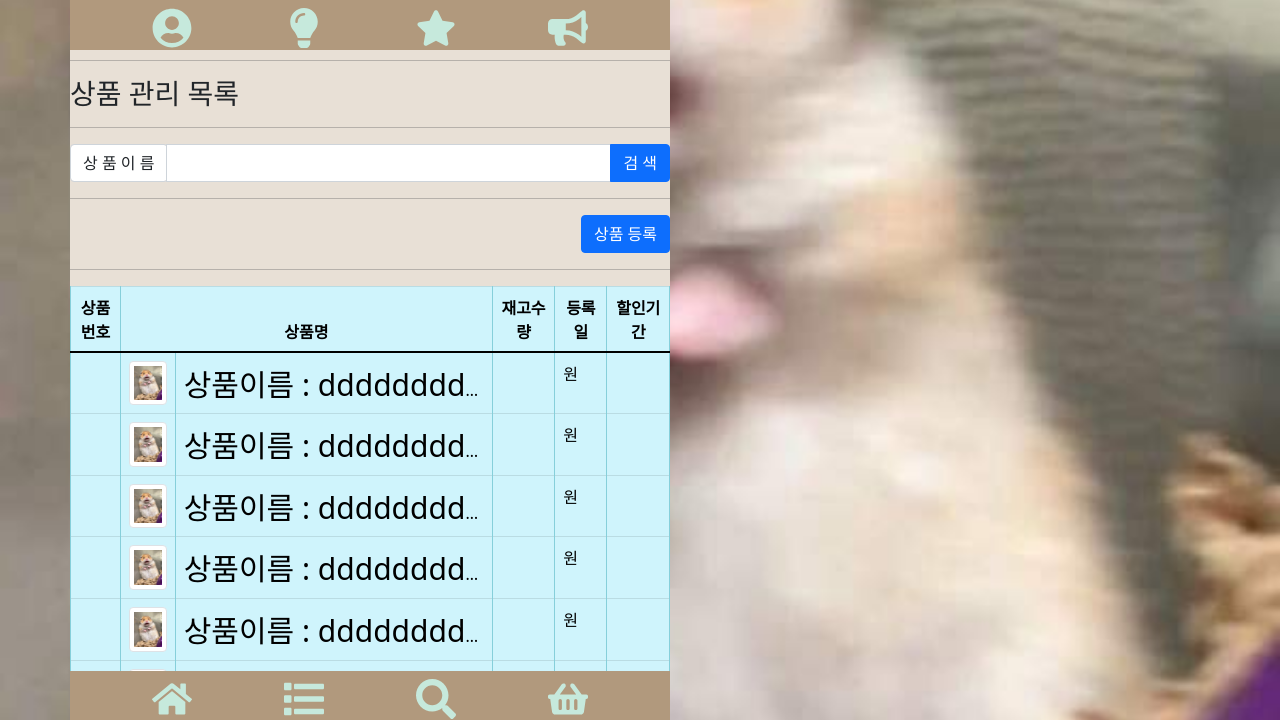
Repository: heegyu97/project
Page: http://localhost/0801_mvc2/WEB-INF/views/seller/productList.jsp
The author's editor kept a copy of each file at every save. The page is drawn from the files as they stood at one save, then again after the next save.
The browser window is 1280 px wide. The pictures show the whole page.
An inner scrolling area shows only its first screen. Some web libraries are served in a nearby version. The page is served by Tomcat 9. Nobody is signed in. Other server files are loaded and not shown. The template is opened directly, without the code that normally fills it, so the values that code supplies are empty.

Above is the page before, as saved 2022-08-11 08:28:13.

### 0801_mvc2/src/main/webapp/WEB-INF/views/seller/productList.jsp
<%@ page language="java" contentType="text/html; charset=UTF-8"
    pageEncoding="UTF-8"%>
<%@ taglib uri="http://java.sun.com/jsp/jstl/core" prefix="c" %>
<html>
	<head>
		<meta charset="UTF-8">
		<title> 상품 목록 </title>
		<script src="https://ajax.googleapis.com/ajax/libs/jquery/3.6.0/jquery.min.js"></script>
		<%@ include  file ="/WEB-INF/views/style_link.jsp" %>
		<style type="text/css">
		div.pname{
			width: 300px;
			white-space: nowrap;
		 	overflow: hidden;
 			text-overflow: ellipsis;
		}
		a{
			text-decoration : none;
			color: black;
			font-size: 25px;
		}
		</style>
	</head>
	<body>
	<%@ include file="/WEB-INF/views/header.jsp" %>
		<hr>
		<h3> 상품 관리 목록 </h3>
		<hr>
		<form action="${pageContext.request.contextPath}/product/list" method="get">
			<div class="input-group">
				<div class="input-group-prepend">
					<select class="form-control" id="searchOption" name="searchOption">
						<option value="prdt_name"
							<c:if test="${search_dto.searchOption == 'prdt_name'}">selected="selected"</c:if>
						> 상 품 이 름 </option>
						<option value="mid"
							<c:if test="${search_dto.searchOption == 'mid'}">selected="selected"</c:if>
						> 판 매 자 </option>
					</select>
				</div>
				<input type="text" class="form-control" id="searchWord" name="searchWord"
						value="${search_dto.searchWord}">
				<div class="input-group-append">
					<button type="submit" class="btn btn-primary"> 검 색 </button>
				</div>
			</div>
		</form>
		<hr>
		<div class="clearfix">
			<a href="${pageContext.request.contextPath}/seller/form">
				<button class="btn btn-primary float-right"> 상품 등록 </button>
			</a>
		</div>
		<hr>
		<table class="table table-hover table-bordered table-info">
			<col class="col-1">
			<thead style="text-align: center;">
				<tr>
					<th>상품번호</th>	<th colspan="2">상품명</th>
					<th>재고수량</th> <th>등록일</th> <th>할인기간</th>
				</tr>
			</thead>
			<tbody>
<%-- 				<c:forEach var="dto" items="${list}"> --%>
				<c:forEach  begin="1" end="10">
					<tr>
						<td><%-- 상품번호 --%>

						</td>
						<td ><%-- 썸네일 ${dto.thumbnail_path} --%>
							<a class="input-group" href="${pageContext.request.contextPath}/guest/detail">
								<img src="${pageContext.request.contextPath}/resources/img/bg.jpeg"
									width="50px" height="50px" class="img-thumbnail ">
							</a>
						</td>
						<td>
							<div class="pname">
								<a href="${pageContext.request.contextPath}/guest/detail" style="font-size: 30px">
									상품이름 : ddddddddddddddddddddddddddddddd
								</a>
							</div>

						</td>
						<td>

							<a href="${pageContext.request.contextPath}/product/detail?prdt_no=${dto.prdt_no}">
								${dto.prdt_name}
							</a>
						</td>
						<td><%--  --%>
							${dto.sale_price} 원
						</td>
						<td>${dto.mid}</td>
					</tr>
				</c:forEach>
			</tbody>
		</table>
		<hr>
		<%-- 페이징 --%>
		<ul class="pagination">
			<c:if test="${startPageNum > 10}">
				<li class="page-item mx-auto">
					<a class="page-link"
						href="${pageContext.request.contextPath}/product/list?userWantPage=${startPageNum-1}&searchOption=${search_dto.searchOption}&searchWord=${search_dto.searchWord}">
						Previous
					</a>
				</li>
			</c:if>
			<c:forEach var="page_no" begin="${startPageNum}" end="${endPageNum}">
				<c:choose>
					<c:when test="${page_no == userWantPage}">
						<li class="page-item active mx-auto">
							<a class="page-link">${page_no}</a>
						</li>
					</c:when>
					<c:otherwise>
						<li class="page-item mx-auto">
							<a class="page-link"
								href="${pageContext.request.contextPath}/product/list?userWantPage=${page_no}&searchOption=${search_dto.searchOption}&searchWord=${search_dto.searchWord}">
								${page_no}
							</a>
						</li>
					</c:otherwise>
				</c:choose>
			</c:forEach>
			<c:if test="${lastPageNum > endPageNum}">
				<li class="page-item mx-auto">
					<a class="page-link"
						href="${pageContext.request.contextPath}/product/list?userWantPage=${endPageNum+1}&searchOption=${search_dto.searchOption}&searchWord=${search_dto.searchWord}">
						Next
					</a>
				</li>
			</c:if>
		</ul>
		<hr>
	<%@ include file="/WEB-INF/views/footer.jsp" %>
	</body>
</html>

### 0801_mvc2/src/main/webapp/WEB-INF/views/style_link.jsp
<%@ page language="java" contentType="text/html; charset=UTF-8"
    pageEncoding="UTF-8"%>
<%@ taglib uri="http://java.sun.com/jsp/jstl/core" prefix="c" %>

<script
	src="https://ajax.googleapis.com/ajax/libs/jquery/3.6.0/jquery.min.js"></script>
<link rel="stylesheet"
	href="https://cdn.jsdelivr.net/npm/bootstrap@4.6.1/dist/css/bootstrap.min.css">
<script
	src="https://cdn.jsdelivr.net/npm/popper.js@1.16.1/dist/umd/popper.min.js"></script>
<script
	src="https://cdn.jsdelivr.net/npm/bootstrap@4.6.1/dist/js/bootstrap.bundle.min.js"></script>
<!-- ckeditor -->
<script src="//cdn.ckeditor.com/4.19.0/full/ckeditor.js"></script>
<!-- bootstrap to icon -->
<script defer
	src="https://use.fontawesome.com/releases/v5.0.8/js/solid.js"
	integrity="sha384-+Ga2s7YBbhOD6nie0DzrZpJes+b2K1xkpKxTFFcx59QmVPaSA8c7pycsNaFwUK6l"
	crossorigin="anonymous"></script>
<script defer
	src="https://use.fontawesome.com/releases/v5.0.8/js/fontawesome.js"
	integrity="sha384-7ox8Q2yzO/uWircfojVuCQOZl+ZZBg2D2J5nkpLqzH1HY0C1dHlTKIbpRz/LG23c"
	crossorigin="anonymous"></script>
<link
	href="https://cdn.jsdelivr.net/npm/bootstrap@5.0.2/dist/css/bootstrap.min.css"
	rel="stylesheet"
	integrity="sha384-EVSTQN3/azprG1Anm3QDgpJLIm9Nao0Yz1ztcQTwFspd3yD65VohhpuuCOmLASjC"
	crossorigin="anonymous">
<!-- main 기준 공용 -->
<link rel="stylesheet"
	href= "${pageContext.request.contextPath}/resources/E1I3/CSS/style_share.css">
<!-- nav 버튼 사이 거리 조정 -->
<link rel="stylesheet"
	href="${pageContext.request.contextPath}/resources/E1I3/CSS/style_hf.css">

<!-- 0811에 추가 -->
<%@ taglib prefix="fmt" uri="http://java.sun.com/jsp/jstl/fmt" %>

### 0801_mvc2/src/main/webapp/WEB-INF/views/header.jsp
<%@ page language="java" contentType="text/html; charset=UTF-8"
	pageEncoding="UTF-8"%>
<%@ taglib uri="http://java.sun.com/jsp/jstl/core" prefix="c"%>
<div class="container">
	<div class="row">
		<div id="aaa" class="col-lg-6 ">
			<iframe id="bbb" name="adver-frame"
				src="${pageContext.request.contextPath}/adver"></iframe>
		</div>


		<!-- 화면 나누기 :home 화면 오른쪽 : iframe to main -->
		<div id="ccc" class="col-lg-6">
			<!-- footer col6 -->
			<div class="nav">
				<!-- MENU -->
				<section class="servics">
					<div class="icons">
						<div class="child icon1">
							<a class="nav-link" href="${pageContext.request.contextPath}/loginform">
								<i class="fa fa-user-circle" style="width:40px; height:40px; color: #C6E9DC" ></i>
							</a>
						</div>
						<div class="child icon2">
							<a class="nav-link" href="${pageContext.request.contextPath}/tip/tip">
								<i class="fa fa-lightbulb" style="width:40px; height:40px; color: #C6E9DC" ></i>
							</a>
						</div>
						<div class="child icon3">
							<a class="nav-link" href="${pageContext.request.contextPath}/home">
								<i class="fa fa-star" style="width:40px; height:40px; color: #C6E9DC" ></i>
							</a>
						</div>
						<div class="child icon4">
							<a class="nav-link"
								href="${pageContext.request.contextPath}/home"> <i
								class="fa fa-bullhorn" style="width:40px; height:40px; color: #C6E9DC" ></i>
							</a>
						</div>
					</div>
				</section>

			</div>
			<main>
				<!-- 여백 -->
				<h3 style="margin-bottom: 60px"></h3>

### 0801_mvc2/src/main/webapp/WEB-INF/views/footer.jsp
<%@ page language="java" contentType="text/html; charset=UTF-8"
	pageEncoding="UTF-8"%>
<h3 style="margin-top: 60px"></h3>
</main>
<div class="nav" style="bottom: -1px;">
	<!-- MENU -->
	<section class="servics">
		<div class="icons">
			<div class="child icon1">
				<a class="nav-link" href="${pageContext.request.contextPath}/home">
				   <i class="fa fa-home"  style="width:40px; height:40px; color: #C6E9DC" ></i>
				</a>
			</div>
			<div class="child icon2">
				<a class="nav-link" href="${pageContext.request.contextPath}/home">
					<i class="fa fa-list"  style="width:40px; height:40px; color: #C6E9DC" ></i>
				</a>
			</div>
			<div class="child icon3">
				<a class="nav-link" href="${pageContext.request.contextPath}/home">
					<i class="fa fa-search"  style="width:40px; height:40px; color: #C6E9DC" ></i>
				</a>
			</div>
			<div class="child icon4">
				<a class="nav-link" href="${pageContext.request.contextPath}/home">
					<i class="fa fa-shopping-basket"  style="width:40px; height:40px; color: #C6E9DC" ></i>
				</a>
			</div>
		</div>
	</section>

</div>
</div>
<!-- col6 -->
</div>
<!-- row  -->
</div>
<!-- contain  -->

### 0801_mvc2/src/main/webapp/resources/E1I3/CSS/style_share.css
@charset "UTF-8";

.servics{
   width: 100%;
   text-align: center;
}
.icons{
	display: flex;
	justify-content: center;
}
.child{
	text-align: center;
}

main{
	width : 600px;
}
.nav{
		display : inline-block;
		width : 600px;
		height : 50px;
		z-index: 2;
		background-color: #B1997D;
		position: fixed;

}
main{
	width : 600px;
}

body{
	background-image: url('${pageContext.request.contextPath}/resources/img/bg.jpeg');
	background-repeat: no-repeat;
 	background-position: center;
	background-size: cover;
}


#adver-frame {width : 100%;height : 100%}
	@media only screen and (max-width : 1400px ){
	#aaa{
		display: none;
	}

}


#ccc{
	display : inline-block;
  	height: 100vh;
  	background-color : #E8E0D6;
}

::-webkit-scrollbar {
	display: none;
}


#bbb,#ccc {

  	padding: 0px;
  	margin: 0px;
 	overflow: auto;
	width: 600px;
	min-width: 600px;
}
#bbb {
	list-style-type: none;
  	height: 100%;
 	position: fixed;
}

### 0801_mvc2/src/main/webapp/resources/E1I3/CSS/style_hf.css
@charset "UTF-8";

.icon1, .icon2, .icon3{
	margin-right: 10%;
}

After the next save:
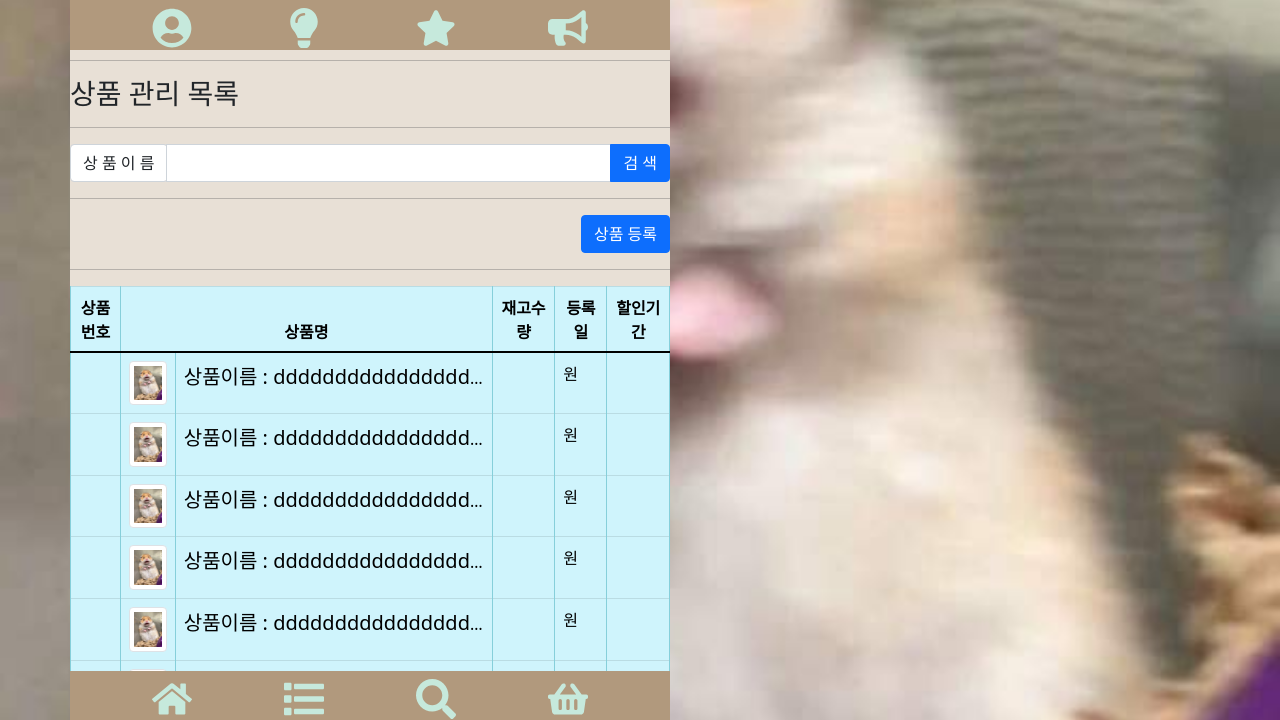
Saved 6 s later.
--- a/0801_mvc2/src/main/webapp/WEB-INF/views/seller/productList.jsp
+++ b/0801_mvc2/src/main/webapp/WEB-INF/views/seller/productList.jsp
@@ -75,7 +75,7 @@
 						</td>
 						<td>
 							<div class="pname">
-								<a href="${pageContext.request.contextPath}/guest/detail" style="font-size: 30px">
+								<a href="${pageContext.request.contextPath}/guest/detail" style="font-size: 20px">
 									상품이름 : ddddddddddddddddddddddddddddddd
 								</a>
 							</div>
